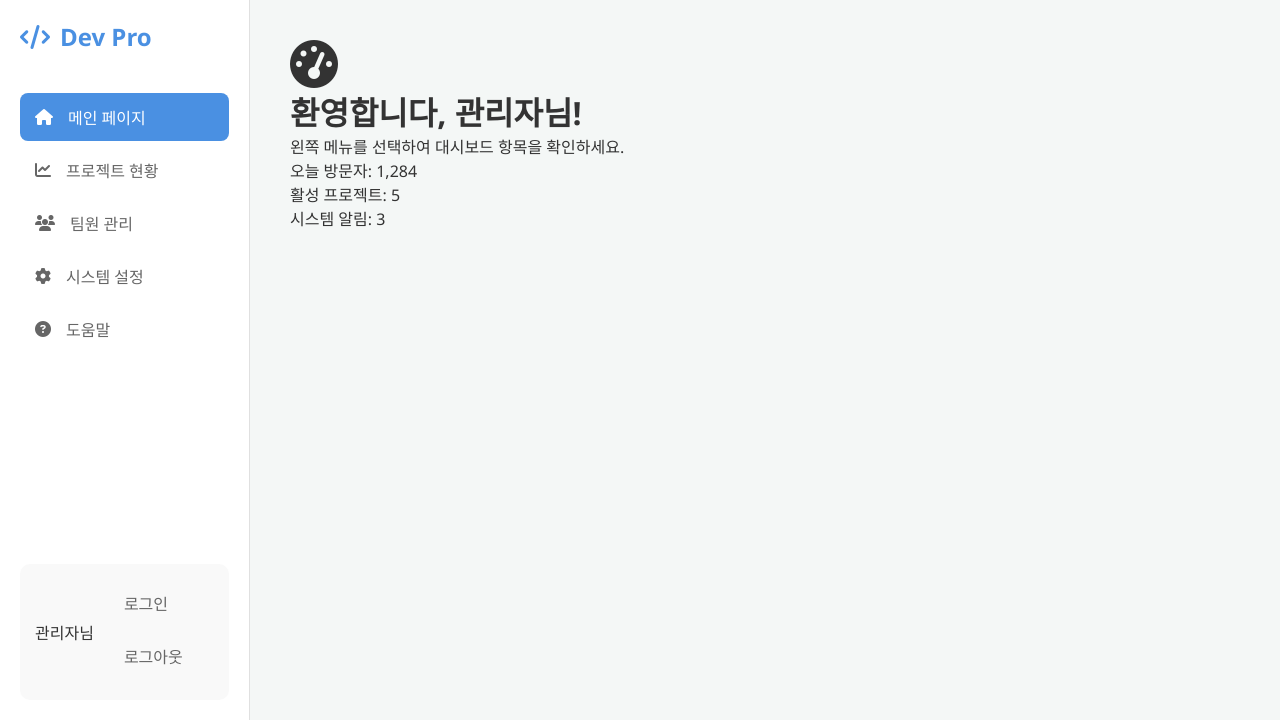
Repository: GlobalTeamProject/ErpProject
Page: http://localhost/main
An editor plug-in stored every save of this project. The page is shown before and after the next save, followed by the edit.
The browser window is 1280 px wide. The pictures show the whole page.
The page is this project's Thymeleaf template; nobody is signed in. The template is opened directly, without the code that normally fills it, so the values that code supplies are empty.

Above is the page before, as saved 2026-07-14 00:44:09.

After the next save:
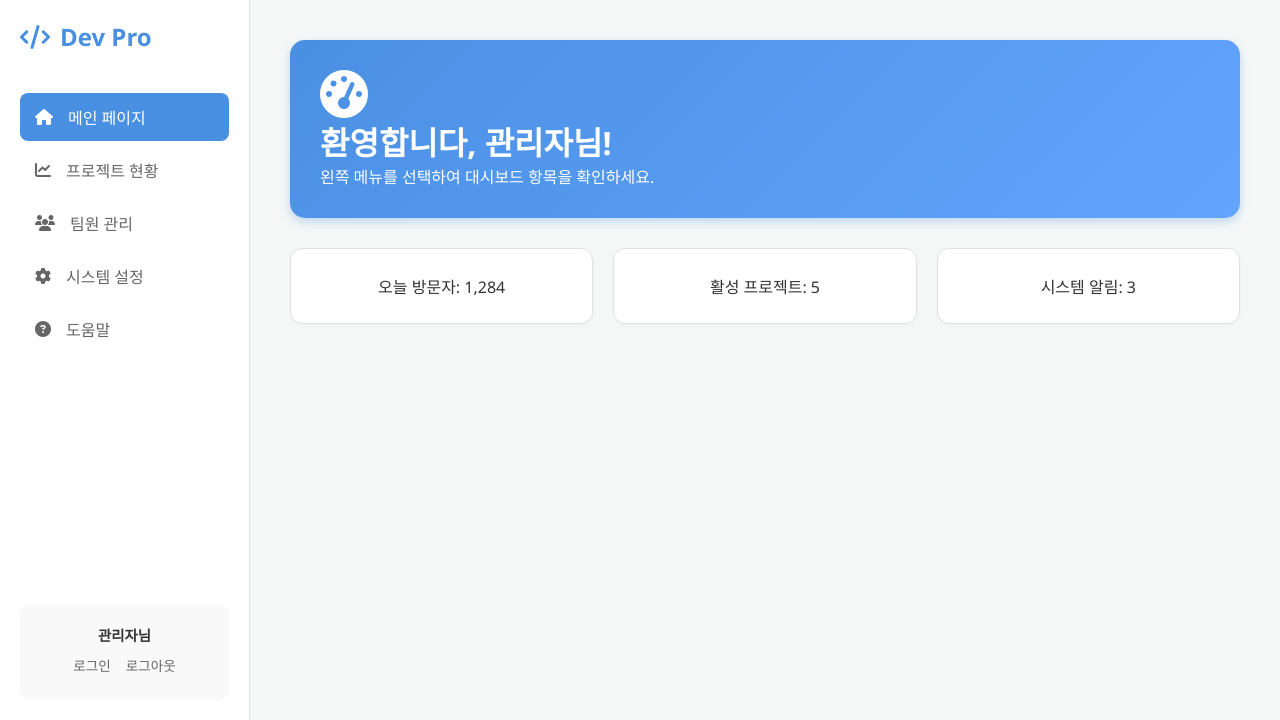
Saved 6 s later.
--- a/SpringBootTest/src/main/resources/static/css/index_css.css
+++ b/SpringBootTest/src/main/resources/static/css/index_css.css
@@ -1,4 +1,3 @@
-/* --- 기존 변수 유지 --- */
 :root {
     --bg-color: #f4f7f6;
     --sidebar-bg: #ffffff;
@@ -21,26 +20,26 @@ body {
     background-color: var(--bg-color);
     color: var(--text-main);
     height: 100vh;
-    display: flex; /* 레이아웃을 위해 유지 */
-    overflow: hidden; /* 페이지 전체 스크롤 방지 */
+    display: flex;
+    overflow: hidden;
 }
 
-/* --- 전체 컨테이너 --- */
+/* 전체 레이아웃 */
 .dashboard-container {
     display: flex;
-    width: 100vw; /* 꽉 차게 변경 */
-    height: 100vh; /* 꽉 차게 변경 */
-    background-color: var(--sidebar-bg);
+    width: 100vw;
+    height: 100vh;
 }
 
-/* --- 사이드바 --- */
+/* 사이드바 고정 */
 .sidebar {
     width: 250px;
+    flex-shrink: 0;
     display: flex;
     flex-direction: column;
     padding: 20px;
     border-right: 1px solid var(--border-color);
-    flex-shrink: 0; /* 사이드바 크기 고정 */
+    background-color: var(--sidebar-bg);
 }
 
 .logo {
@@ -58,7 +57,6 @@ body {
     flex-grow: 1;
 }
 
-/* 핵심 변경 부분: button -> a 태그 스타일로 수정 */
 .sidebar a {
     text-decoration: none;
     color: var(--text-muted);
@@ -82,22 +80,70 @@ body {
     color: white;
 }
 
+/* 사용자 정보 및 인증 영역 */
 .user-profile {
     margin-top: auto;
-    display: flex;
-    align-items: center;
-    gap: 15px;
-    padding: 15px;
+    padding: 20px;
     background-color: #f9f9f9;
     border-radius: 10px;
+    display: flex;
+    flex-direction: column;
+    gap: 10px;
+    text-align: center;
 }
 
-/* --- 메인 콘텐츠 --- */
+.user-info {
+    font-weight: bold;
+    color: var(--text-main);
+    font-size: 0.9rem;
+}
+
+.auth-links {
+    display: flex;
+    justify-content: center;
+    gap: 15px;
+}
+
+.auth-links a {
+    font-size: 0.85rem;
+    color: var(--text-muted);
+    text-decoration: none;
+    padding: 0;
+}
+
+.auth-links a:hover {
+    color: var(--accent-color);
+    text-decoration: underline;
+}
+
+/* 메인 콘텐츠 영역 (스크롤 가능) */
 .main-content {
     flex-grow: 1;
-    background-color: var(--bg-color); /* 배경색 구분 */
     padding: 40px;
-    overflow-y: auto; /* 콘텐츠가 길어지면 내부 스크롤 발생 */
+    overflow-y: auto;
+    background-color: var(--bg-color);
 }
 
-/* ... 나머지 .welcome-card, .stats-grid 등 스타일은 동일 ... */
+.welcome-card {
+    background: linear-gradient(135deg, #4a90e2, #63a4ff);
+    padding: 30px;
+    border-radius: 15px;
+    color: white;
+    margin-bottom: 30px;
+    box-shadow: 0 4px 10px rgba(74, 144, 226, 0.3);
+}
+
+.stats-grid {
+    display: grid;
+    grid-template-columns: repeat(auto-fit, minmax(250px, 1fr));
+    gap: 20px;
+}
+
+.stat-card {
+    background-color: #ffffff;
+    padding: 25px;
+    border-radius: 12px;
+    border: 1px solid var(--border-color);
+    box-shadow: 0 2px 5px rgba(0,0,0,0.02);
+    text-align: center;
+}
